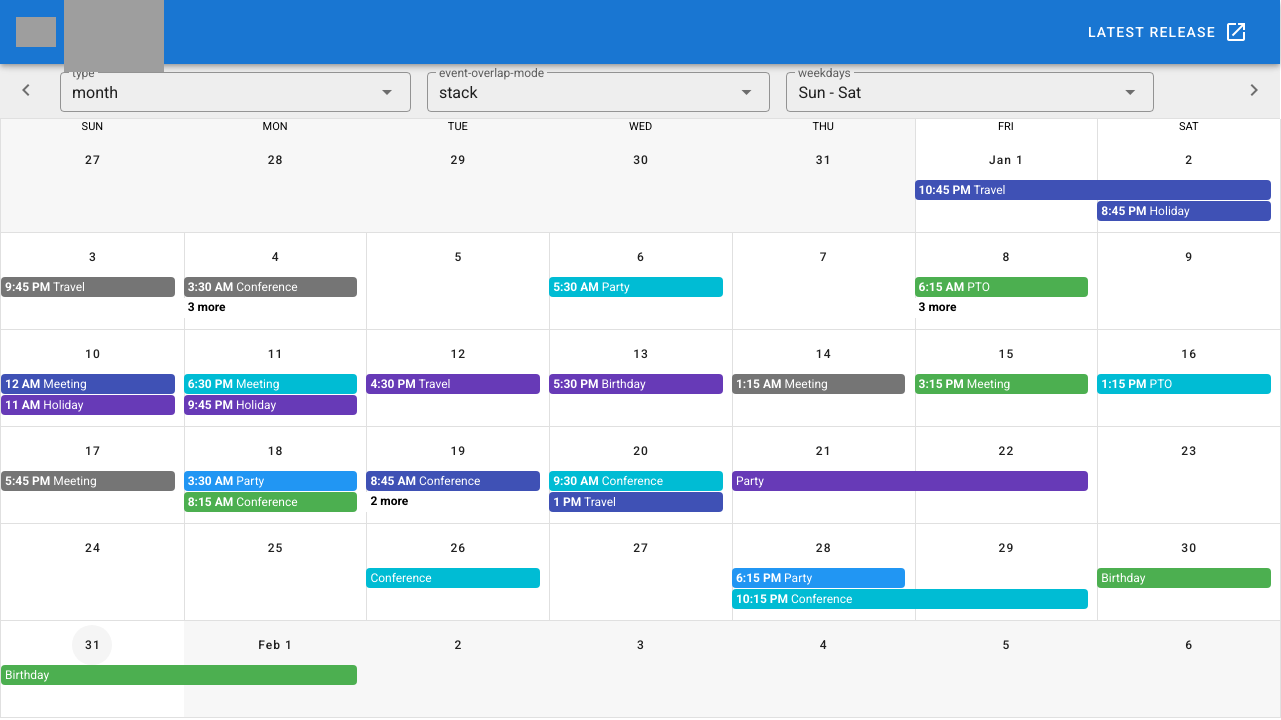
Repository: Shinobi247/OO-Calenda-events
Page: /
The author's editor kept a copy of each file at every save. The page is drawn from the files as they stood at one save, then again after the next save.
The browser window is 1280 px wide. The page is 1281 px wide, so the pictures cover 1281 px, including what lies to the right of the window. The pictures show the whole page.
Pictures or frames that could not be fetched are drawn as grey boxes. The project was rebuilt for these pictures with package versions that can differ from the ones it lists, and the page was loaded fresh each time. Also part of the build but not shown: vue.config.js.

Above is the page before, as saved 2021-02-01 14:38:50.

### src/App.vue
<template>
  <v-app>
    <v-app-bar app color="primary" dark>
      <div class="d-flex align-center">
        <v-img
          alt="Vuetify Logo"
          class="shrink mr-2"
          contain
          src="https://cdn.vuetifyjs.com/images/logos/vuetify-logo-dark.png"
          transition="scale-transition"
          width="40"
        />

        <v-img
          alt="Vuetify Name"
          class="shrink mt-1 hidden-sm-and-down"
          contain
          min-width="100"
          src="https://cdn.vuetifyjs.com/images/logos/vuetify-name-dark.png"
          width="100"
        />
      </div>

      <v-spacer></v-spacer>

      <v-btn
        href="https://github.com/vuetifyjs/vuetify/releases/latest"
        target="_blank"
        text
      >
        <span class="mr-2">Latest Release</span>
        <v-icon>mdi-open-in-new</v-icon>
      </v-btn>
    </v-app-bar>

    <v-main>
      <Calendar />
    </v-main>
  </v-app>
</template>

<script>
// import HelloWorld from './components/HelloWorld';
import Calendar from "./components/Calendar";

export default {
  name: "App",

  components: {
    // HelloWorld,
    Calendar,
  },

  data: () => ({
    //
  }),
};
</script>

### src/components/Calendar.vue
<template>
  <div>
    <v-sheet tile height="54" color="grey lighten-3" class="d-flex">
      <v-btn icon class="ma-2" @click="$refs.calendar.prev()">
        <v-icon>mdi-chevron-left</v-icon>
      </v-btn>
      <v-select
        v-model="type"
        :items="types"
        dense
        outlined
        hide-details
        class="ma-2"
        label="type"
      ></v-select>
      <v-select
        v-model="mode"
        :items="modes"
        dense
        outlined
        hide-details
        label="event-overlap-mode"
        class="ma-2"
      ></v-select>
      <v-select
        v-model="weekday"
        :items="weekdays"
        dense
        outlined
        hide-details
        label="weekdays"
        class="ma-2"
      ></v-select>
      <v-spacer></v-spacer>
      <v-btn icon class="ma-2" @click="$refs.calendar.next()">
        <v-icon>mdi-chevron-right</v-icon>
      </v-btn>
    </v-sheet>
    <v-sheet height="600">
      <v-calendar
        ref="calendar"
        v-model="value"
        :weekdays="weekday"
        :type="type"
        :events="events"
        :event-overlap-mode="mode"
        :event-overlap-threshold="30"
        :event-color="getEventColor"
        @change="getEvents"
      ></v-calendar>
    </v-sheet>
  </div>
</template>

<script>
export default {
  data: () => ({
    type: "month",
    types: ["month", "week", "day", "4day"],
    mode: "stack",
    modes: ["stack", "column"],
    weekday: [0, 1, 2, 3, 4, 5, 6],
    weekdays: [
      { text: "Sun - Sat", value: [0, 1, 2, 3, 4, 5, 6] },
      { text: "Mon - Sun", value: [1, 2, 3, 4, 5, 6, 0] },
      { text: "Mon - Fri", value: [1, 2, 3, 4, 5] },
      { text: "Mon, Wed, Fri", value: [1, 3, 5] },
    ],
    value: "",
    events: [],
    colors: [
      "blue",
      "indigo",
      "deep-purple",
      "cyan",
      "green",
      "orange",
      "grey darken-1",
    ],
    names: [
      "Meeting",
      "Holiday",
      "PTO",
      "Travel",
      "Event",
      "Birthday",
      "Conference",
      "Party",
    ],
  }),
  methods: {
    getEvents({ start, end }) {
      const events = [];

      const min = new Date(`${start.date}T00:00:00`);
      const max = new Date(`${end.date}T23:59:59`);
      const days = (max.getTime() - min.getTime()) / 86400000;
      const eventCount = this.rnd(days, days + 20);

      for (let i = 0; i < eventCount; i++) {
        const allDay = this.rnd(0, 3) === 0;
        const firstTimestamp = this.rnd(min.getTime(), max.getTime());
        const first = new Date(firstTimestamp - (firstTimestamp % 900000));
        const secondTimestamp = this.rnd(2, allDay ? 288 : 8) * 900000;
        const second = new Date(first.getTime() + secondTimestamp);

        events.push({
          name: this.names[this.rnd(0, this.names.length - 1)],
          start: first,
          end: second,
          color: this.colors[this.rnd(0, this.colors.length - 1)],
          timed: !allDay,
        });
      }

      this.events = events;
    },
    getEventColor(event) {
      return event.color;
    },
    rnd(a, b) {
      return Math.floor((b - a + 1) * Math.random()) + a;
    },
  },
};
</script>

<style>
</style>

Loaded but not shown: public/index.html (common file); src/main.js (common file); src/plugins/vuetify.js (common file)

After the next save:
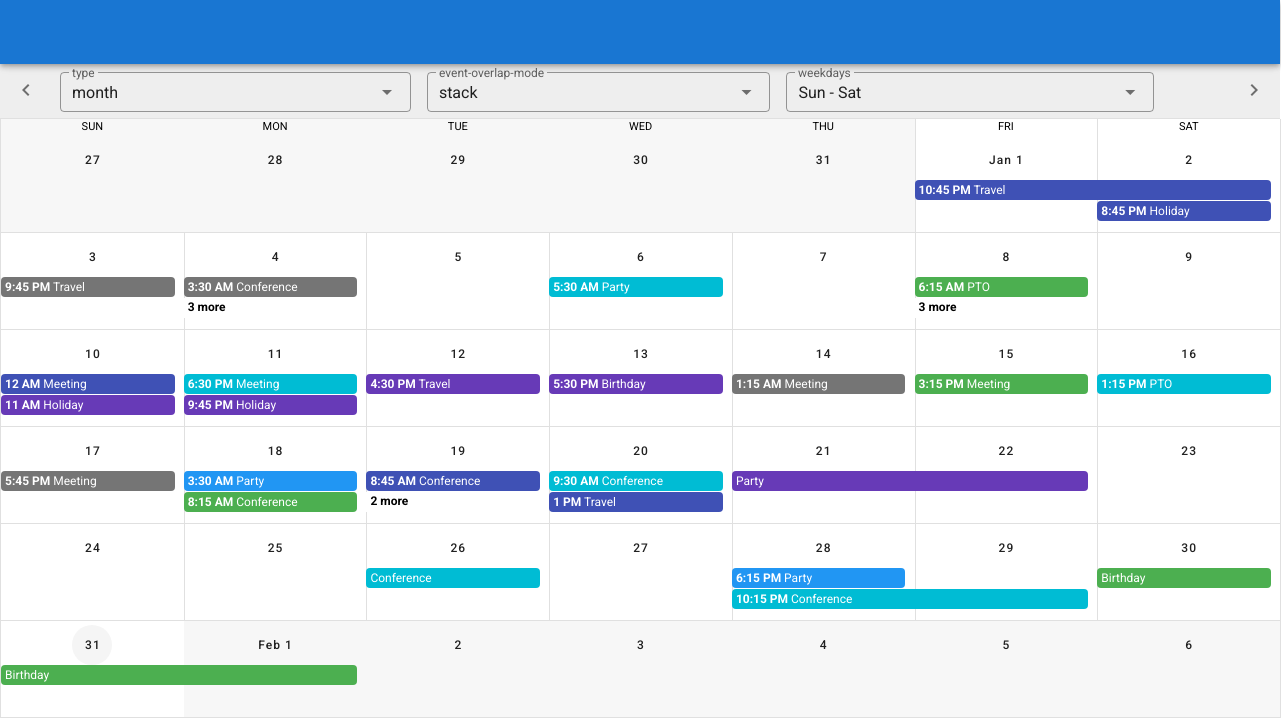
Saved 13 min 36 s later.
--- a/src/App.vue
+++ b/src/App.vue
@@ -1,7 +1,7 @@
 <template>
   <v-app>
     <v-app-bar app color="primary" dark>
-      <div class="d-flex align-center">
+      <!-- <div class="d-flex align-center">
         <v-img
           alt="Vuetify Logo"
           class="shrink mr-2"
@@ -19,18 +19,18 @@
           src="https://cdn.vuetifyjs.com/images/logos/vuetify-name-dark.png"
           width="100"
         />
-      </div>
+      </div> -->
 
       <v-spacer></v-spacer>
 
-      <v-btn
+      <!-- <v-btn
         href="https://github.com/vuetifyjs/vuetify/releases/latest"
         target="_blank"
         text
       >
         <span class="mr-2">Latest Release</span>
         <v-icon>mdi-open-in-new</v-icon>
-      </v-btn>
+      </v-btn> -->
     </v-app-bar>
 
     <v-main>
